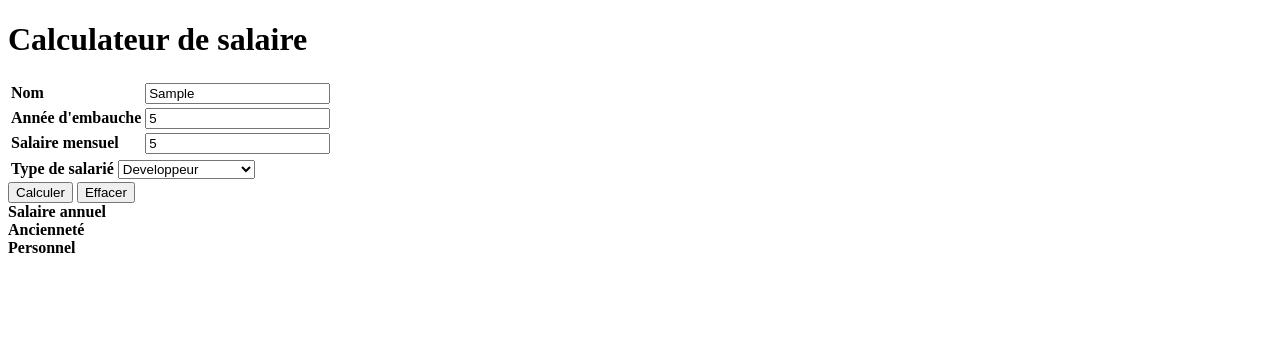
Repository: AgatheLM/formation_js
Page: insee-travaux-js/insee-client-js/tp2.html
The author's editor kept a copy of each file at every save. The page is drawn from the files as they stood at one save, then again after the next save.
The browser window is 1280 px wide. The pictures show the whole page.
Empty fields were first filled with sample values (such as "Sample", 5 or name@example.com).
After loading, the first visible `#typeSalarie` was changed once.

Above is the page before, as saved 2018-01-25 10:50:46.
Console error: ReferenceError: ElementReader is not defined

After the next save:
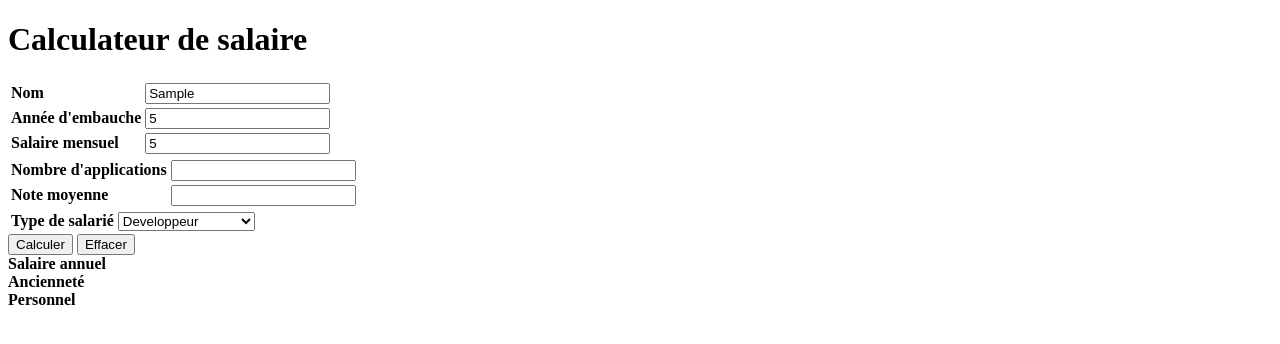
Saved 32 s later.
--- a/insee-travaux-js/insee-client-js/scripts/TP2/main.js
+++ b/insee-travaux-js/insee-client-js/scripts/TP2/main.js
@@ -8,8 +8,8 @@
 // Cacher - afficher les div en fonction du select
  function methodeAfficheDiv(){
 	 try{
-		 //var div = document.getElementById("typeSalarie").value;
-		 var div = reader.InputText("typeSalarie");
+		 var div = document.getElementById("typeSalarie").value;
+		 //var div = reader.InputText("typeSalarie");
 		 if (div=="dev"){
 			 document.getElementById("divDev").style.display="";
 			 document.getElementById("divCom").style.display="none";

After the save that followed:
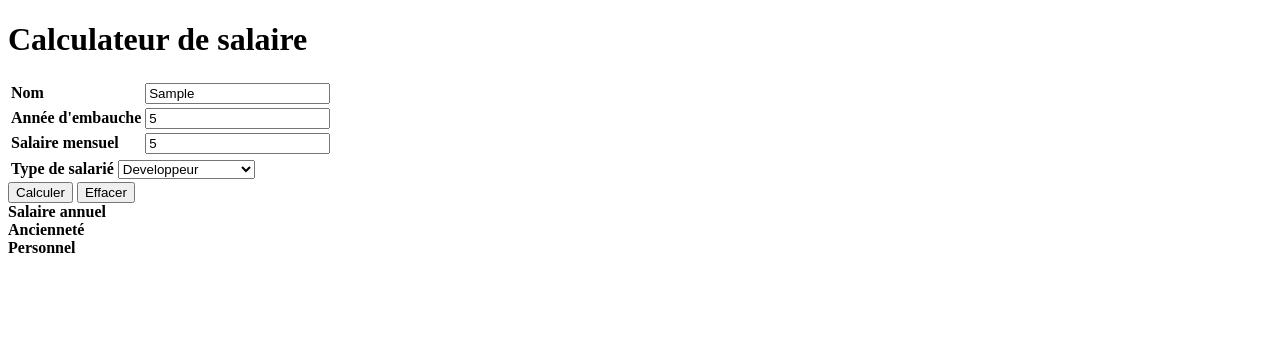
Saved 22 s later.
--- a/insee-travaux-js/insee-client-js/scripts/TP2/main.js
+++ b/insee-travaux-js/insee-client-js/scripts/TP2/main.js
@@ -8,8 +8,8 @@
 // Cacher - afficher les div en fonction du select
  function methodeAfficheDiv(){
 	 try{
-		 var div = document.getElementById("typeSalarie").value;
-		 //var div = reader.InputText("typeSalarie");
+		 //var div = document.getElementById("typeSalarie").value;
+		 var div = reader.InputText("typeSalarie");
 		 if (div=="dev"){
 			 document.getElementById("divDev").style.display="";
 			 document.getElementById("divCom").style.display="none";
